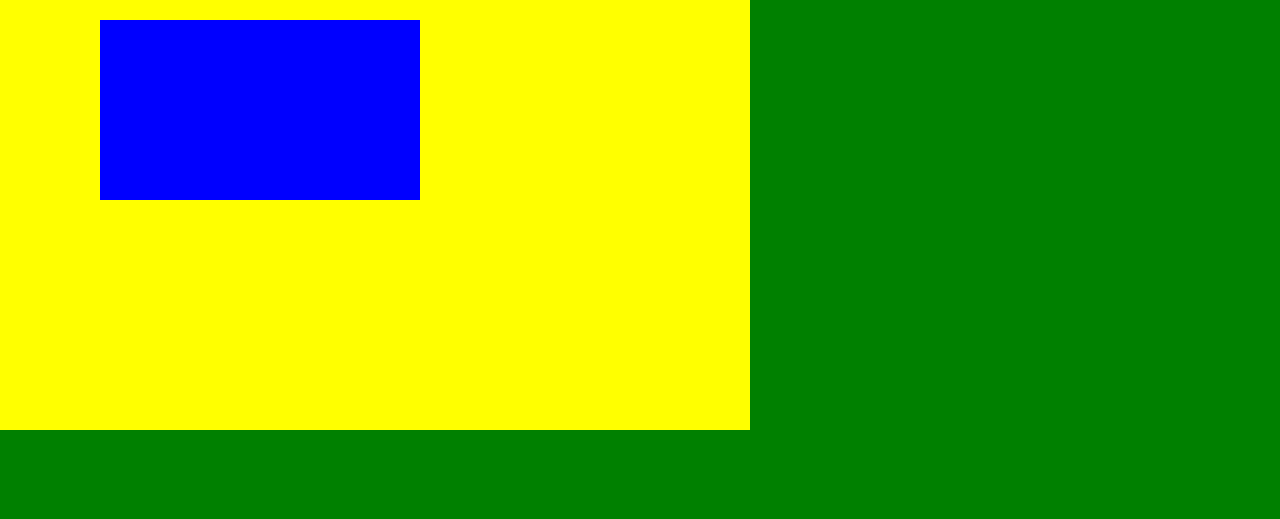
Repository: wonjunknag/kakao-clone
Page: 02-box-model/index.html
These files come from the project's save history. The page is drawn as it stood at one moment and after the next save; the edit follows.
The browser window is 1280 px wide. The pictures show the whole page.

Above is the page before, as saved 2020-06-30 23:03:32.

After the next save:
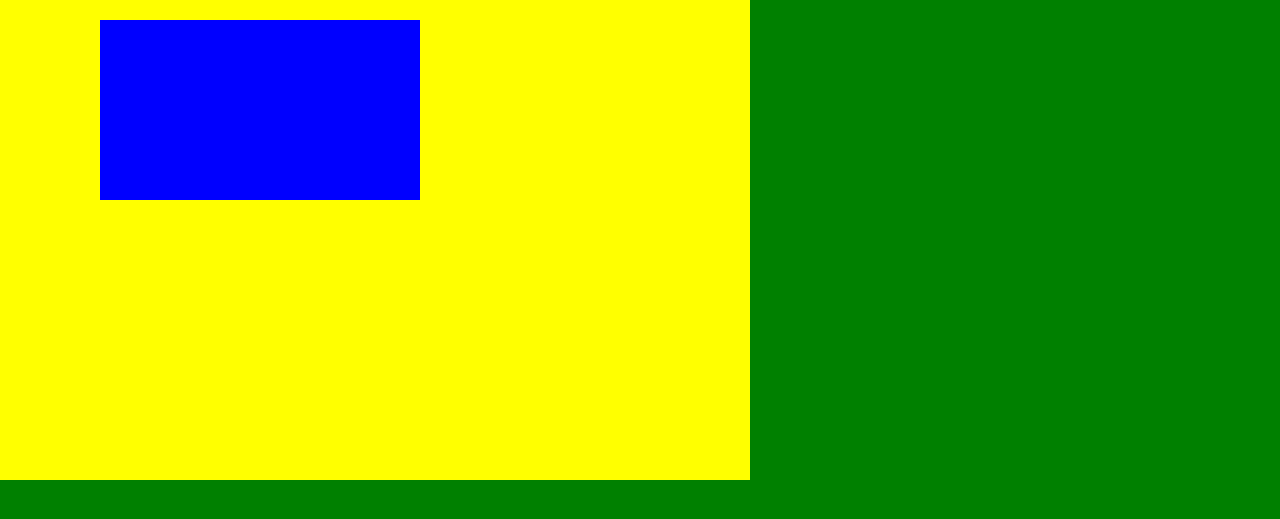
Saved 11 s later.
--- a/02-box-model/index.html
+++ b/02-box-model/index.html
@@ -17,7 +17,7 @@
         background-color: yellow;
         width: 50%;
         height: 50%;
-        padding: 20px 10px 50px 100px;
+        padding: 20px 10px 100px 100px;
       }
       .inside-box {
         background-color: blue;

After the save that followed:
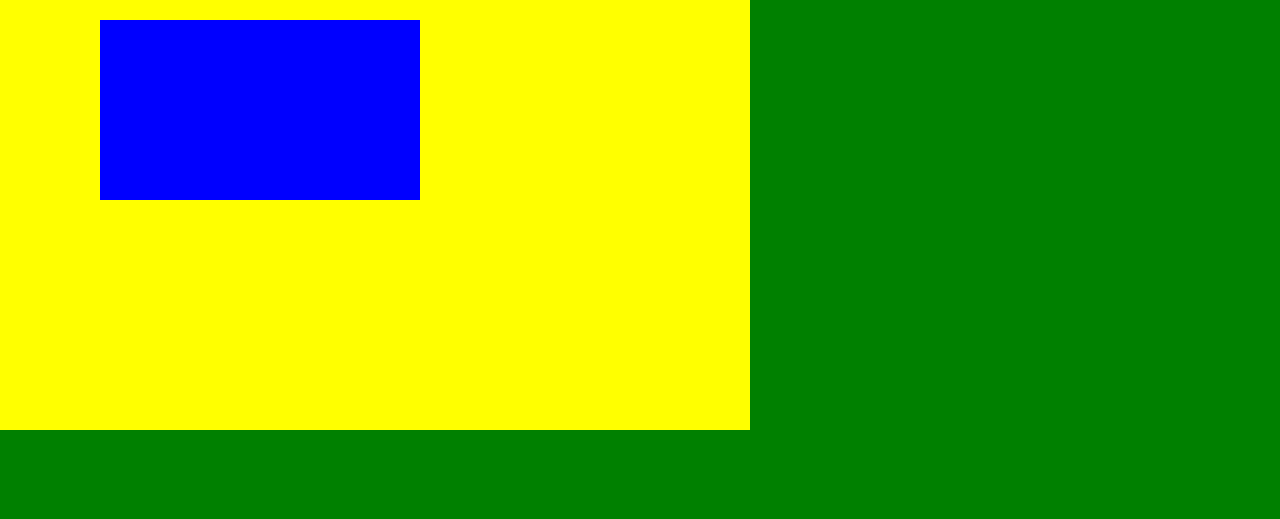
Saved 5 s later.
--- a/02-box-model/index.html
+++ b/02-box-model/index.html
@@ -17,7 +17,7 @@
         background-color: yellow;
         width: 50%;
         height: 50%;
-        padding: 20px 10px 100px 100px;
+        padding: 20px 10px 50px 100px;
       }
       .inside-box {
         background-color: blue;
